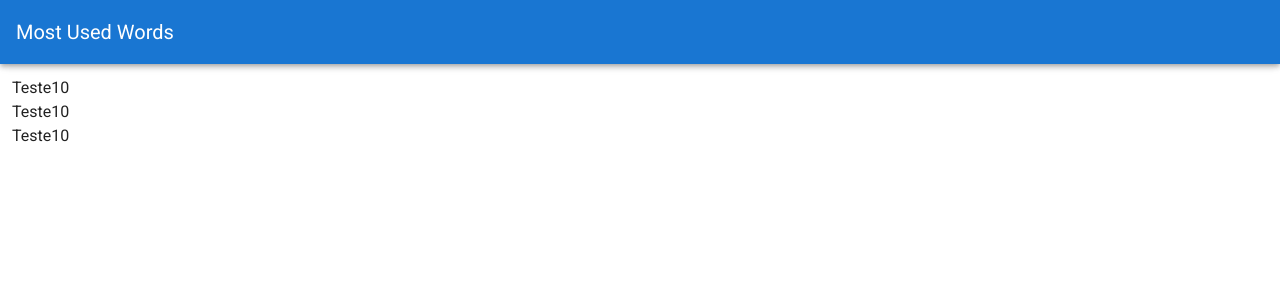
Repository: WillianPer/MOST-USED-WORDS
Page: /
The author's editor kept a copy of each file at every save. The page is drawn from the files as they stood at one save, then again after the next save.
The browser window is 1280 px wide. The pictures show the whole page.
The project was rebuilt for these pictures with package versions that can differ from the ones it lists, and the page was loaded fresh each time. Also part of the build but not shown: vue.config.js.

Above is the page before, as saved 2022-09-04 20:44:53.

### src/App.vue
<template>
  <v-app>
    <v-app-bar app color="primary" dark>
      <v-toolbar-title>Most Used Words</v-toolbar-title>
    </v-app-bar>

    <v-main>
      <HomeVue/>
    </v-main>
    <!-- <v-content>
      <HomeVue/>
    </v-content> -->
  </v-app>
</template>

<script>

import HomeVue from './components/HomeVue'


export default {
  name: "App",

  components: {

    HomeVue
},

  data: () => ({
    //
  }),
};
</script>

### src/components/HomeVue.vue
<template>
    <v-container fluid>
        <div class="pills">
            <PillVue v-for="word in groupedWords" :key="word.name"
                name="Teste" amount="10" />
        </div>
    </v-container>
</template>

<script>
import PillVue from './PillVue.vue';
export default {
    components: { PillVue },
    data: function () {
        return {
            groupedWords: [
                { name: "i", amount: 1234 },
                { name: "you", amount: 900 },
                { name: "he", amount: 853 },

            ]
        }
    }
}
</script>

<style>

</style>

### src/components/PillVue.vue
<template>
  <div>
    <span>{{ name }}</span>
    <span>{{ amount }}</span>
  </div>
</template>

<script>
export default {
    props: [ 'name', 'amount' ]
}
</script>

<style>

</style>

Loaded but not shown: public/index.html (common file); src/main.js (common file); src/plugins/vuetify.js (common file)

After the next save:
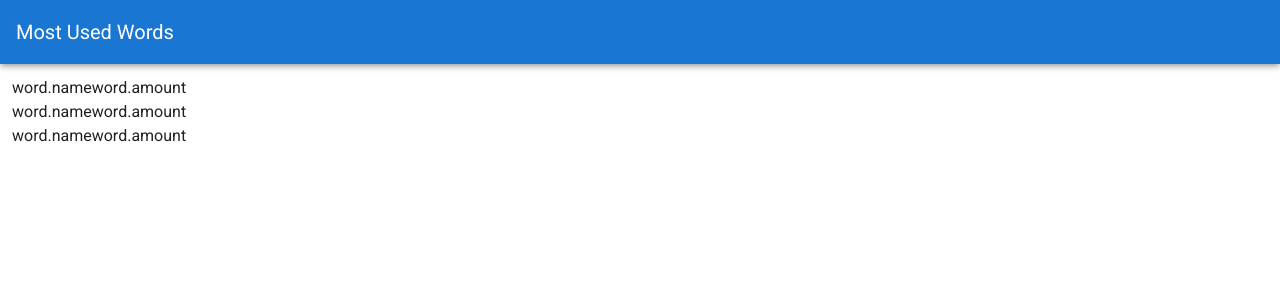
Saved 75 s later.
--- a/src/components/HomeVue.vue
+++ b/src/components/HomeVue.vue
@@ -2,7 +2,7 @@
     <v-container fluid>
         <div class="pills">
             <PillVue v-for="word in groupedWords" :key="word.name"
-                name="Teste" amount="10" />
+                name="word.name" amount="word.amount" />
         </div>
     </v-container>
 </template>
